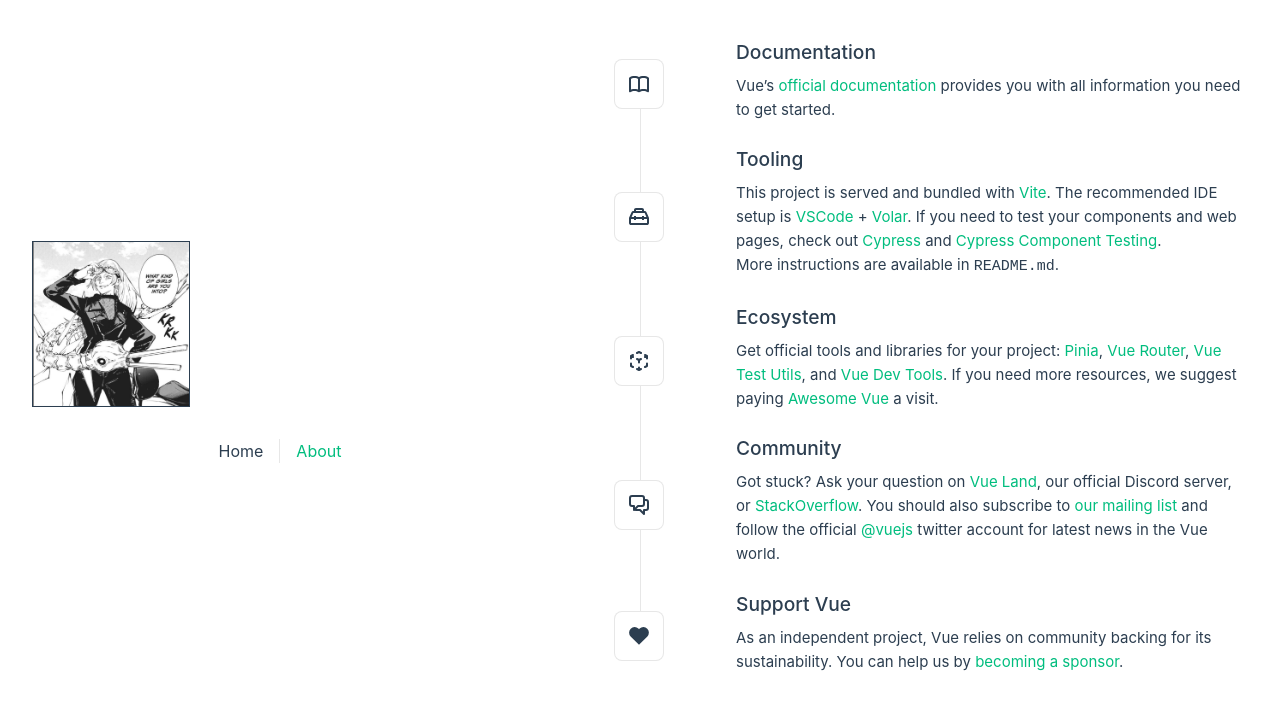
Repository: nlemuel/Vuestudy-project
Page: /
The author's editor kept a copy of each file at every save. The page is drawn from the files as they stood at one save, then again after the next save.
The browser window is 1280 px wide. The pictures show the whole page.
The project was rebuilt for these pictures with package versions that can differ from the ones it lists, and the page was loaded fresh each time. Also part of the build but not shown: vite.config.ts.

Above is the page before, as saved 2023-11-07 23:32:35.

### src/main.ts
import './assets/main.css'

import { createApp } from 'vue'
import { createPinia } from 'pinia'

import App from './App.vue'
import router from './router'
import axios from 'axios'

axios.defaults.baseURL = 'https://8080-luccasantia-springbootp-fpmzglvku1x.ws-us106.gitpod.io/'

const app = createApp(App)

app.use(createPinia())
app.use(router)

app.mount('#app')

### src/App.vue
<script setup lang="ts">
import { RouterView } from 'vue-router'
</script>

<template>
  <header>


    <div class="wrapper">
      <HelloWorld msg="You did it!" />
      <img alt="logo" class="logo" src="@/assets/tsukumo.jpg" width="30%" height="30%" />
      <nav>
        <RouterLink to="/">Home</RouterLink>
        <RouterLink to="/about">About</RouterLink>
      </nav>
    </div>
  </header>

  <RouterView />
</template>

<style scoped>
header {
  line-height: 1.5;
  max-height: 100vh;
}

.logo {
  border: solid 1px;
  display: block;
  margin: 0 auto 2rem;
}

nav {
  width: 100%;
  font-size: 12px;
  text-align: center;
  margin-top: 2rem;
  display: flex;
  justify-content: center;
}

nav a.router-link-exact-active {
  color: var(--color-text);
}

nav a.router-link-exact-active:hover {
  background-color: transparent;
}

nav a {
  display: inline-block;
  padding: 0 1rem;
  border-left: 1px solid var(--color-border);
}

nav a:first-of-type {
  border: 0;
}

@media (min-width: 1024px) {
  header {
    display: flex;
    place-items: center;
    padding-right: calc(var(--section-gap) / 2);
  }

  .logo {
    margin: 0 2rem 0 0;
  }

  header .wrapper {
    display: flex;
    place-items: flex-start;
    flex-wrap: wrap;
  }

  nav {
    text-align: left;
    margin-left: -1rem;
    font-size: 1rem;

    padding: 1rem 0;
    margin-top: 1rem;
  }
}
</style>

Loaded but not shown: index.html (common file); src/assets/main.css (common file); src/router/index.ts (common file); src/assets/base.css (common file); src/views/HomeView.vue (common file); src/components/TheWelcome.vue (common file); src/components/WelcomeItem.vue (common file); src/components/icons/IconDocumentation.vue (common file); src/components/icons/IconTooling.vue (common file); src/components/icons/IconEcosystem.vue (common file); src/components/icons/IconCommunity.vue (common file); src/components/icons/IconSupport.vue (common file)

After the next save:
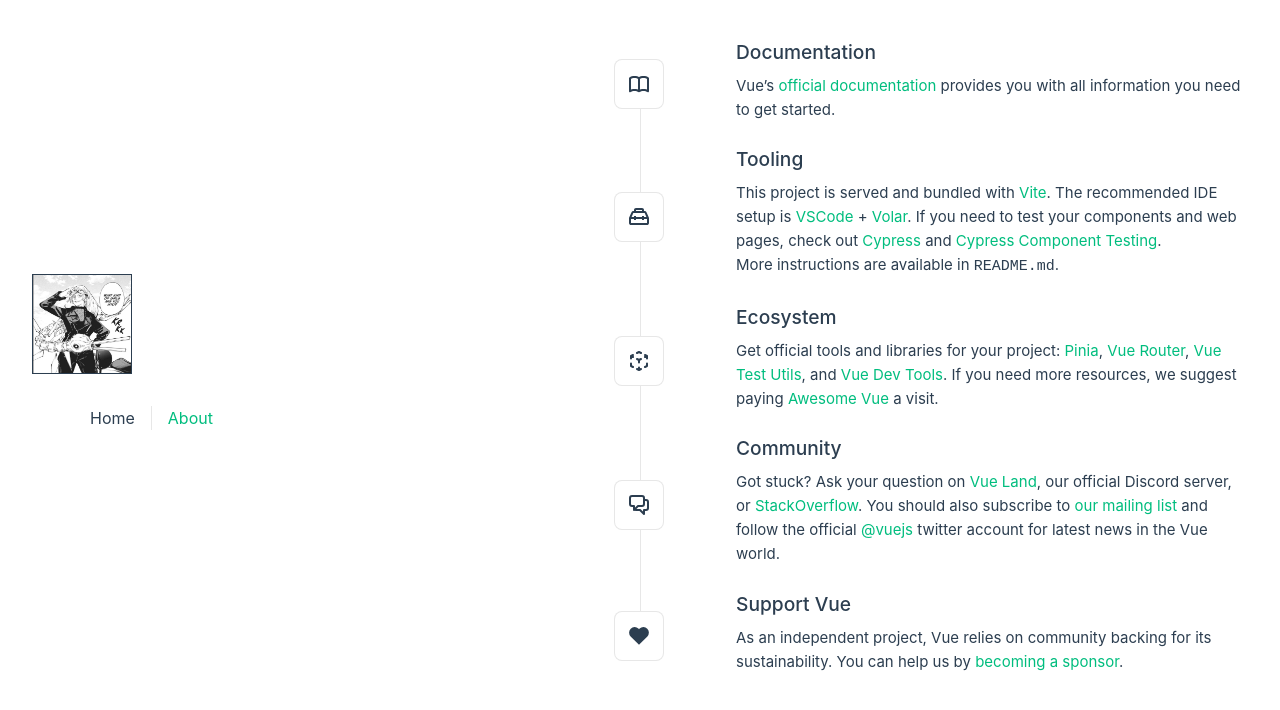
Saved 19 s later.
--- a/src/App.vue
+++ b/src/App.vue
@@ -8,7 +8,7 @@
 
     <div class="wrapper">
       <HelloWorld msg="You did it!" />
-      <img alt="logo" class="logo" src="@/assets/tsukumo.jpg" width="30%" height="30%" />
+      <img alt="logo" class="logo" src="@/assets/tsukumo.jpg" width="100vh" height="100vh" />
       <nav>
         <RouterLink to="/">Home</RouterLink>
         <RouterLink to="/about">About</RouterLink>
